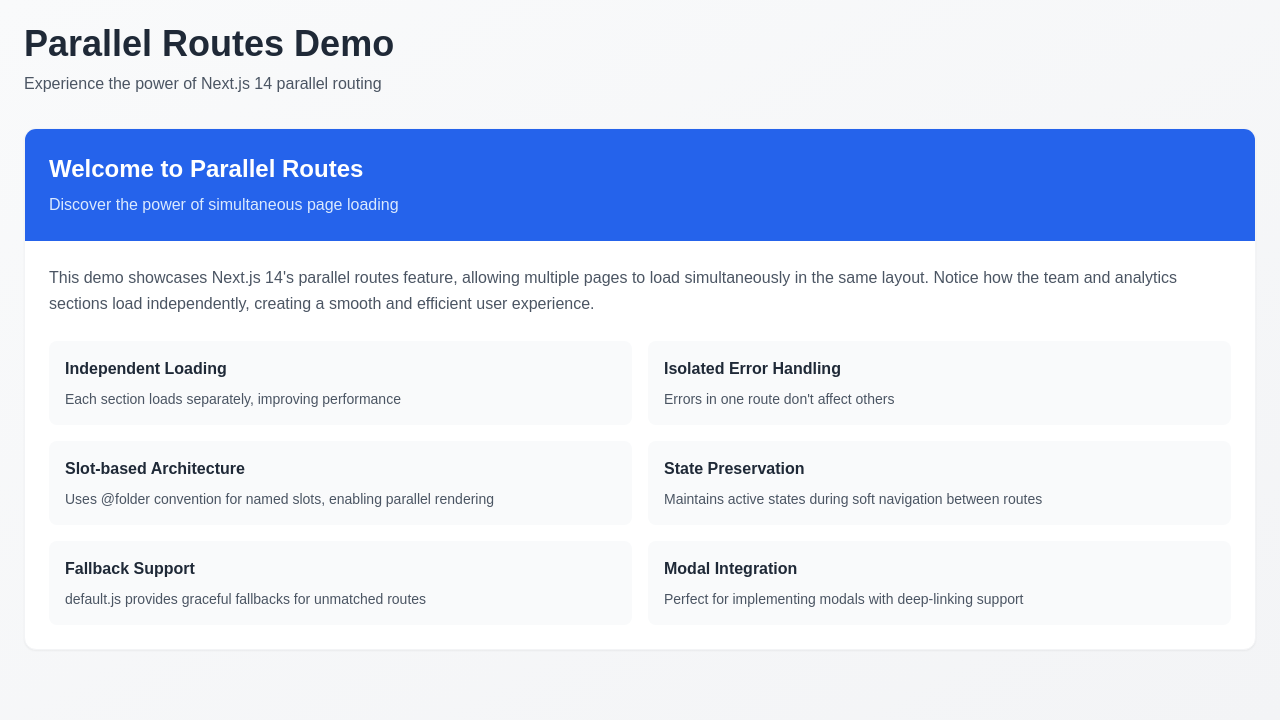
Repository: Dark-Developer93/parallel-routes
Page: /
The author's editor kept a copy of each file at every save. The page is drawn from the files as they stood at one save, then again after the next save.
The browser window is 1280 px wide. The pictures show the whole page.
The project was rebuilt for these pictures with package versions that can differ from the ones it lists, and the page was loaded fresh each time. The framework's server and built-in components were replaced by stand-ins that run in the browser. Also part of the build but not shown: next.config.ts.

Above is the page before, as saved 2024-12-12 14:51:56.

### src/app/layout.tsx
import type { Metadata } from "next";
import "./globals.css";

export const metadata: Metadata = {
  title: "Parallel Routes Demo",
  description: "Demonstration of Next.js 14 Parallel Routes",
};

export default function RootLayout({
  children,
  team,
  analytics,
}: {
  children: React.ReactNode;
  team: React.ReactNode;
  analytics: React.ReactNode;
}) {
  return (
    <html lang="en">
      <body className="min-h-screen bg-gradient-to-br from-gray-50 to-gray-100 p-6">
        <div className="max-w-7xl mx-auto">
          <header className="mb-8">
            <h1 className="text-4xl font-bold text-gray-800 mb-2">
              Parallel Routes Demo
            </h1>
            <p className="text-gray-600">
              Experience the power of Next.js 14 parallel routing
            </p>
          </header>

          <div className="flex flex-col gap-6">
            <div className="flex-1">{children}</div>
            <div className="flex-1">
              <div className="grid grid-cols-12 gap-6">
                <div className="col-span-12 md:col-span-6 lg:col-span-3">
                  {team}
                </div>
                <div className="col-span-12 md:col-span-6 lg:col-span-3">
                  {analytics}
                </div>
              </div>
            </div>
          </div>
        </div>
      </body>
    </html>
  );
}

### src/app/page.tsx
export default function Home() {
  return (
    <div className="space-y-6">
      <div className="bg-white rounded-xl shadow-sm border border-gray-100 overflow-hidden">
        <div className="bg-blue-600 p-6">
          <h2 className="text-2xl font-bold text-white mb-2">
            Welcome to Parallel Routes
          </h2>
          <p className="text-blue-100">
            Discover the power of simultaneous page loading
          </p>
        </div>
        <div className="p-6">
          <p className="text-gray-600 leading-relaxed">
            This demo showcases Next.js 14&apos;s parallel routes feature,
            allowing multiple pages to load simultaneously in the same layout.
            Notice how the team and analytics sections load independently,
            creating a smooth and efficient user experience.
          </p>

          <div className="mt-6 grid grid-cols-2 gap-4">
            <div className="bg-gray-50 p-4 rounded-lg">
              <h3 className="font-semibold text-gray-800 mb-2">
                Independent Loading
              </h3>
              <p className="text-sm text-gray-600">
                Each section loads separately, improving performance
              </p>
            </div>
            <div className="bg-gray-50 p-4 rounded-lg">
              <h3 className="font-semibold text-gray-800 mb-2">
                Isolated Error Handling
              </h3>
              <p className="text-sm text-gray-600">
                Errors in one route don&apos;t affect others
              </p>
            </div>
            <div className="bg-gray-50 p-4 rounded-lg">
              <h3 className="font-semibold text-gray-800 mb-2">
                Slot-based Architecture
              </h3>
              <p className="text-sm text-gray-600">
                Uses @folder convention for named slots, enabling parallel
                rendering
              </p>
            </div>
            <div className="bg-gray-50 p-4 rounded-lg">
              <h3 className="font-semibold text-gray-800 mb-2">
                State Preservation
              </h3>
              <p className="text-sm text-gray-600">
                Maintains active states during soft navigation between routes
              </p>
            </div>
            <div className="bg-gray-50 p-4 rounded-lg">
              <h3 className="font-semibold text-gray-800 mb-2">
                Fallback Support
              </h3>
              <p className="text-sm text-gray-600">
                default.js provides graceful fallbacks for unmatched routes
              </p>
            </div>
            <div className="bg-gray-50 p-4 rounded-lg">
              <h3 className="font-semibold text-gray-800 mb-2">
                Modal Integration
              </h3>
              <p className="text-sm text-gray-600">
                Perfect for implementing modals with deep-linking support
              </p>
            </div>
          </div>
        </div>
      </div>
    </div>
  );
}

Loaded but not shown: src/app/globals.css (common file); tailwind.config.ts (common file)

After the next save:
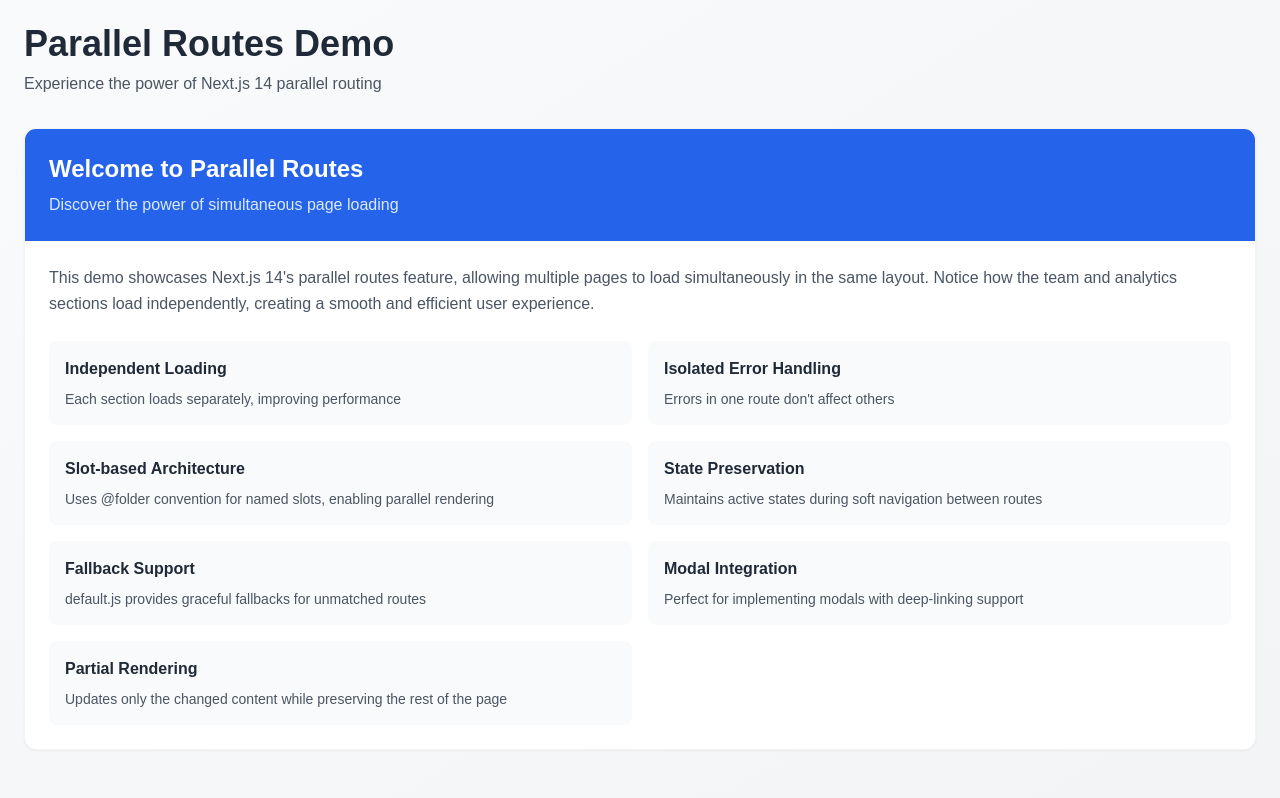
Saved 3 min 38 s later.
--- a/src/app/page.tsx
+++ b/src/app/page.tsx
@@ -68,6 +68,15 @@
                 Perfect for implementing modals with deep-linking support
               </p>
             </div>
+            <div className="bg-gray-50 p-4 rounded-lg">
+              <h3 className="font-semibold text-gray-800 mb-2">
+                Partial Rendering
+              </h3>
+              <p className="text-sm text-gray-600">
+                Updates only the changed content while preserving the rest of
+                the page
+              </p>
+            </div>
           </div>
         </div>
       </div>
